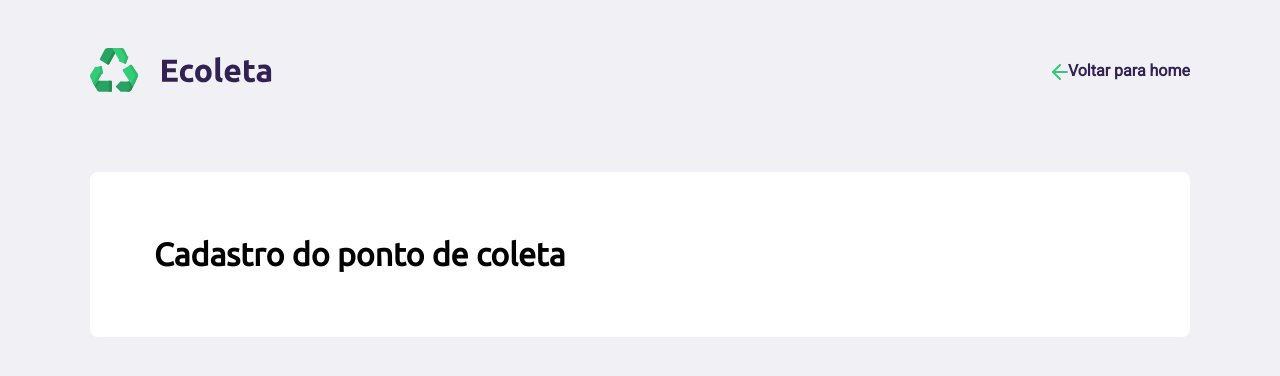
Repository: ivobass/NextLevelWeek
Page: create-point.html
These files come from the project's save history. The page is drawn as it stood at one moment and after the next save; the edit follows.
The browser window is 1280 px wide. The pictures show the whole page.

Above is the page before, as saved 2020-06-02 23:09:09.

After the next save:
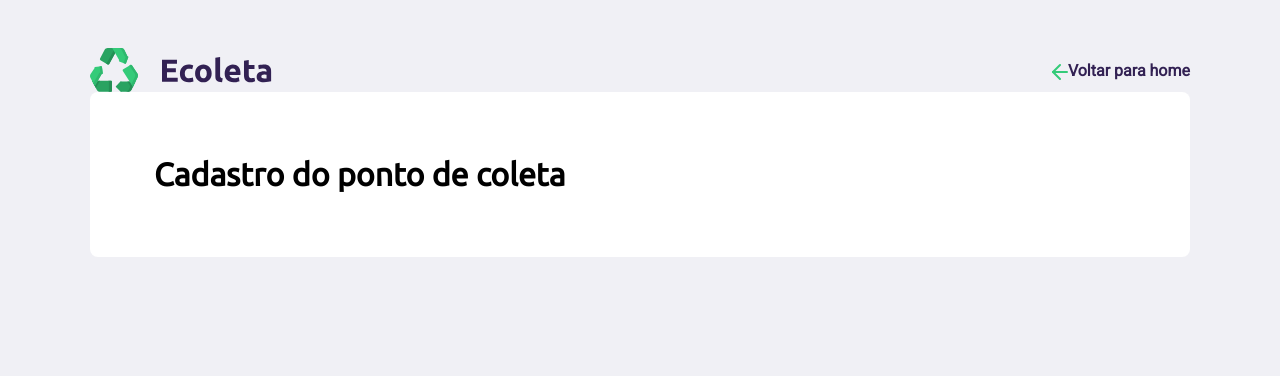
Saved 119 s later.
--- a/styles/create-point.css
+++ b/styles/create-point.css
@@ -1,6 +1,7 @@
 #page-create-point {
     width: 90%;
     max-width: 1100px;
+    /* alinhamento da caixa por o lado de fora da caixa */
     /* height: 100%; */
     margin: 0 auto;
     /* display: flex;
@@ -32,7 +33,7 @@
 
 form {
     background-color: white;
-    margin: 80px auto;
+    margin: 0 auto;
     /* prenchimento */
     padding: 64px;
     border-radius: 8px;
